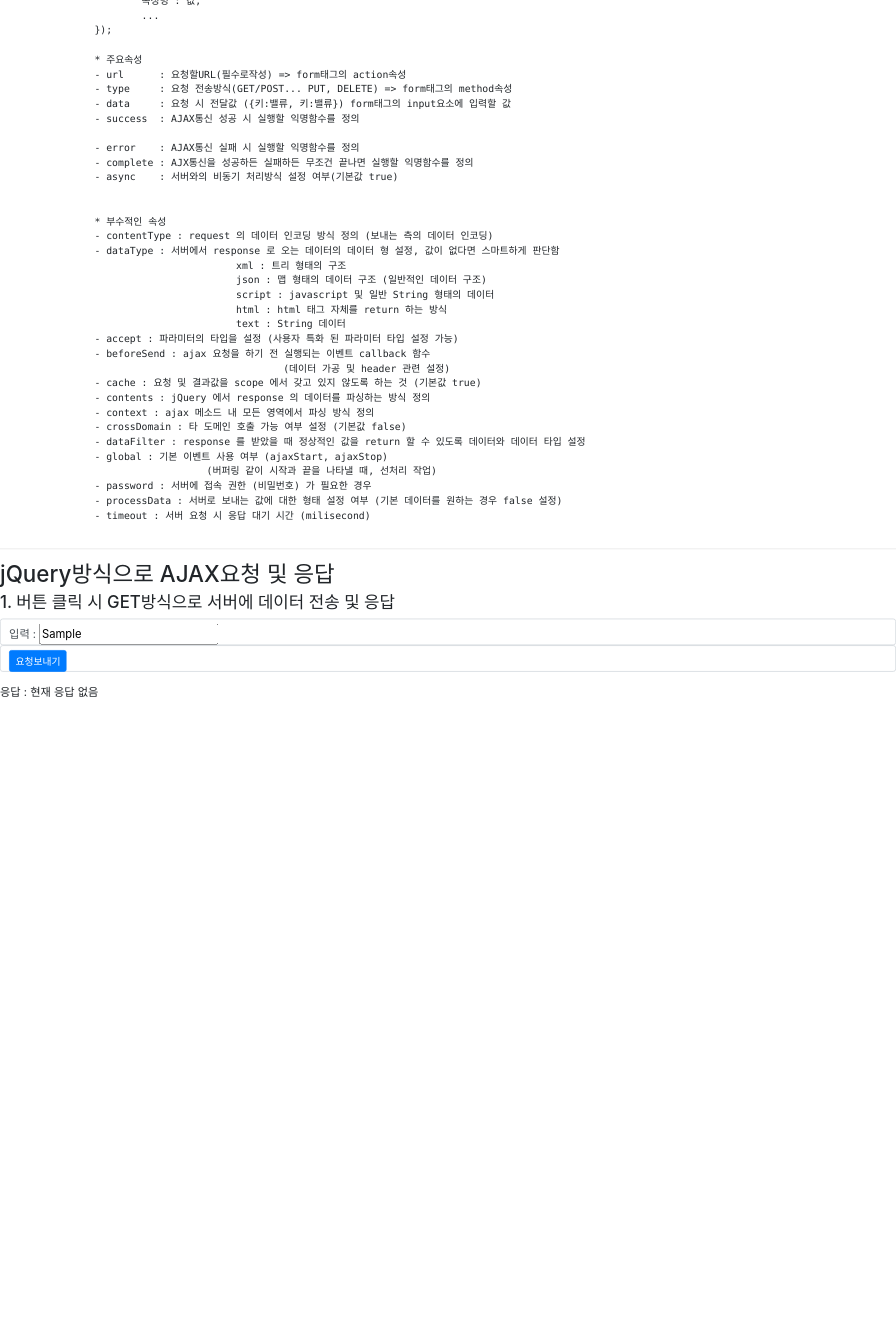
Repository: Hyunbin1111/practice
Page: http://localhost/MyBatisProject/study
The author's editor kept a copy of each file at every save. The page is drawn from the files as they stood at one save, then again after the next save.
The browser window is 1280 px wide. The pictures show the part of the page from y = 774 to 2694 px (the page is 2694 px tall), at 70% of full size.
Empty fields were first filled with sample values (such as "Sample", 5 or name@example.com).
After loading, the first visible `#ajax-btn` was clicked once.
The page is served by Tomcat 9. Other server files are loaded and not shown.

Above is the page before, as saved 2024-12-09 02:14:08.

### web-workspace2/MyBatisProject/src/main/webapp/WEB-INF/views/ajax/study.jsp
<%@ page language="java" contentType="text/html; charset=UTF-8"
    pageEncoding="UTF-8"%>
<%@ taglib prefix="c" uri="http://java.sun.com/jstl/core" %>

<!DOCTYPE html>
<html>
<head>
<meta charset="UTF-8">
<title>Insert title here</title>
</head>
<body>
  <script src="https://ajax.googleapis.com/ajax/libs/jquery/3.7.1/jquery.min.js"></script>
  <link rel="stylesheet" href="https://cdn.jsdelivr.net/npm/bootstrap@4.6.2/dist/css/bootstrap.min.css">
  <script src="https://cdn.jsdelivr.net/npm/popper.js@1.16.1/dist/umd/popper.min.js"></script>
  <script src="https://cdn.jsdelivr.net/npm/bootstrap@4.6.2/dist/js/bootstrap.bundle.min.js"></script>

	<h1>AJAX</h1>

	<pre>
		A : Asynchronous
		J : Javascript
		A : AND
		X : XML

		서버로부터 데이터를 가져와서 전체페이지를 다시 만들지 않고,
		일부만 로드해서 내용물만 바꿀 수 있는 기법

		참고로, 우리가 기존에 a태그를 이용해서 요청 / form태그를 이요한 요청은 동기식 요청
		=> 응답페이지가 돌아와야만 그 결과를 볼 수 있음 (== 페이지를 다시만듬)

		비동기식 요청을 보내기 위해서는 AJAX라는 기술이 필요함!

		* 동기식 / 비동기식 요청 차이
		- 동기식 : 요청 처리 후 응답 HTML데이터를 받아 화면에 렌더링 한 뒤에만 작업이 가능
				 만약 서버에서 응답페이지를 돌려주는 시간이 지연되면 무작정 기다려야 함
				 전체 화면이 리로드됨(새로고침, 페이지가 기본적으로 한 번 깜빡 거리면서 넘어감)

		- 비동기식 : 현재 페이지는 그대로 유지하면서 중간중간 추가적인 요청을 보낼 수 있음
				  요청을 보낸다고 해서 다른 페이지로 넘어가지 않음(현재 페이지가 그대로 유지)
				  요청을 보내놓고 그에 해당하는 응답이 돌아올때까지 다른 작업을 할 수 있음

		예) 아이디 중복체크 기능, 검색어 자동완성, 댓글



	</pre>

	<pre>
		* jQuery를 이용한 AJAX통신

		[ 표현법 ]
		$.ajax({
			속성명 : 값,
			속성명 : 값,
			속성명 : 값,
			...
		});

		* 주요속성
		- url	   : 요청할URL(필수로작성) => form태그의 action속성
		- type	   : 요청 전송방식(GET/POST... PUT, DELETE) => form태그의 method속성
		- data	   : 요청 시 전달값 ({키:밸류, 키:밸류}) form태그의 input요소에 입력할 값
		- success  : AJAX통신 성공 시 실행할 익명함수를 정의

		- error	   : AJAX통신 실패 시 실행할 익명함수를 정의
		- complete : AJX통신을 성공하든 실패하든 무조건 끝나면 실행할 익명함수를 정의
		- async    : 서버와의 비동기 처리방식 설정 여부(기본값 true)


		* 부수적인 속성
		- contentType : request 의 데이터 인코딩 방식 정의 (보내는 측의 데이터 인코딩)
		- dataType : 서버에서 response 로 오는 데이터의 데이터 형 설정, 값이 없다면 스마트하게 판단함
					xml : 트리 형태의 구조
					json : 맵 형태의 데이터 구조 (일반적인 데이터 구조)
					script : javascript 및 일반 String 형태의 데이터
					html : html 태그 자체를 return 하는 방식
					text : String 데이터
		- accept : 파라미터의 타입을 설정 (사용자 특화 된 파라미터 타입 설정 가능)
		- beforeSend : ajax 요청을 하기 전 실행되는 이벤트 callback 함수
		 				(데이터 가공 및 header 관련 설정)
		- cache : 요청 및 결과값을 scope 에서 갖고 있지 않도록 하는 것 (기본값 true)
		- contents : jQuery 에서 response 의 데이터를 파싱하는 방식 정의
		- context : ajax 메소드 내 모든 영역에서 파싱 방식 정의
		- crossDomain : 타 도메인 호출 가능 여부 설정 (기본값 false)
		- dataFilter : response 를 받았을 때 정상적인 값을 return 할 수 있도록 데이터와 데이터 타입 설정
		- global : 기본 이벤트 사용 여부 (ajaxStart, ajaxStop)
				   (버퍼링 같이 시작과 끝을 나타낼 때, 선처리 작업)
		- password : 서버에 접속 권한 (비밀번호) 가 필요한 경우
		- processData : 서버로 보내는 값에 대한 형태 설정 여부 (기본 데이터를 원하는 경우 false 설정)
		- timeout : 서버 요청 시 응답 대기 시간 (milisecond)
	</pre>



	<hr>

	<h2>jQuery방식으로 AJAX요청 및 응답</h2>
	<h4>1. 버튼 클릭 시 GET방식으로 서버에 데이터 전송 및 응답</h3>

	<div class="form-group">
		<div class="form-control">
			입력 : <input type="text" id="input1">
		</div>
		<div class="form-control">
			<button class="btn btn-sm btn-primary" id="ajax-btn">요청보내기</button>
		</div>
	</div>

	응답 : <label id="output1">현재 응답 없음</label>

	<script>
		// 버튼을 클릭하면
		$('#ajax-btn').click(function(){

			// 동기식 요청 : loaction.href = '요청URL?쿼리스트링';

			// 비동기식 요청
			$.ajax({
				url : 'ajax1.do',
				type : 'get',
				data : {
					value : $('#input1').val()
				},
				success : function(result){
					console.log('AJAX요청 성공 :');
					console.log(result);
				},
				error : function(){
					console.log('AJAX요청 실패 :');
				},
				complete : function(){
				}

			});



		});
	</script>



<br><br><br><br><br><br><br><br><br><br><br><br><br><br><br><br><br><br><br><br><br><br><br><br><br><br><br><br><br><br><br><br><br><br><br><br><br><br><br>
</body>
</html>

### web-workspace2/MyBatisProject/src/main/java/com/kh/ssuper/ajax/StudyForwardController.java
package com.kh.ssuper.ajax;

import java.io.IOException;
import javax.servlet.ServletException;
import javax.servlet.annotation.WebServlet;
import javax.servlet.http.HttpServlet;
import javax.servlet.http.HttpServletRequest;
import javax.servlet.http.HttpServletResponse;

@WebServlet("/study")
public class StudyForwardController extends HttpServlet {
	private static final long serialVersionUID = 1L;

    public StudyForwardController() {
        super();
    }

	protected void doGet(HttpServletRequest request, HttpServletResponse response) throws ServletException, IOException {

		request.getRequestDispatcher("/WEB-INF/views/ajax/study.jsp")
			   .forward(request, response);


	}

	protected void doPost(HttpServletRequest request, HttpServletResponse response) throws ServletException, IOException {
		doGet(request, response);
	}

}

### web-workspace2/MyBatisProject/src/main/java/com/kh/ssuper/ajax/AjaxController1.java
package com.kh.ssuper.ajax;

import java.io.IOException;
import javax.servlet.ServletException;
import javax.servlet.annotation.WebServlet;
import javax.servlet.http.HttpServlet;
import javax.servlet.http.HttpServletRequest;
import javax.servlet.http.HttpServletResponse;

@WebServlet("/ajax1.do")
public class AjaxController1 extends HttpServlet {
	private static final long serialVersionUID = 1L;

    public AjaxController1() {
        super();
    }

	protected void doGet(HttpServletRequest request, HttpServletResponse response) throws ServletException, IOException {

		//System.out.println("doGet메소드 호출");

		// 요청 오는거 확인했으니 값 뽑기
		// request.getParameter()
		String str = request.getParameter("value");
		System.out.println("요청 시 전달 값 : " + str);

		// 응답
		String responseData = "AJAX 요청처리를 성공했습니다.";

		// 1) 응답데이터 정보 설정 ****** 이거 까먹지말고 꼭 할것
		response.setContentType("text/html; charset=UTF-8");

		// 2) 응답
		response.getWriter().print(responseData);

	}

	protected void doPost(HttpServletRequest request, HttpServletResponse response) throws ServletException, IOException {
		doGet(request, response);
	}

}

After the next save:
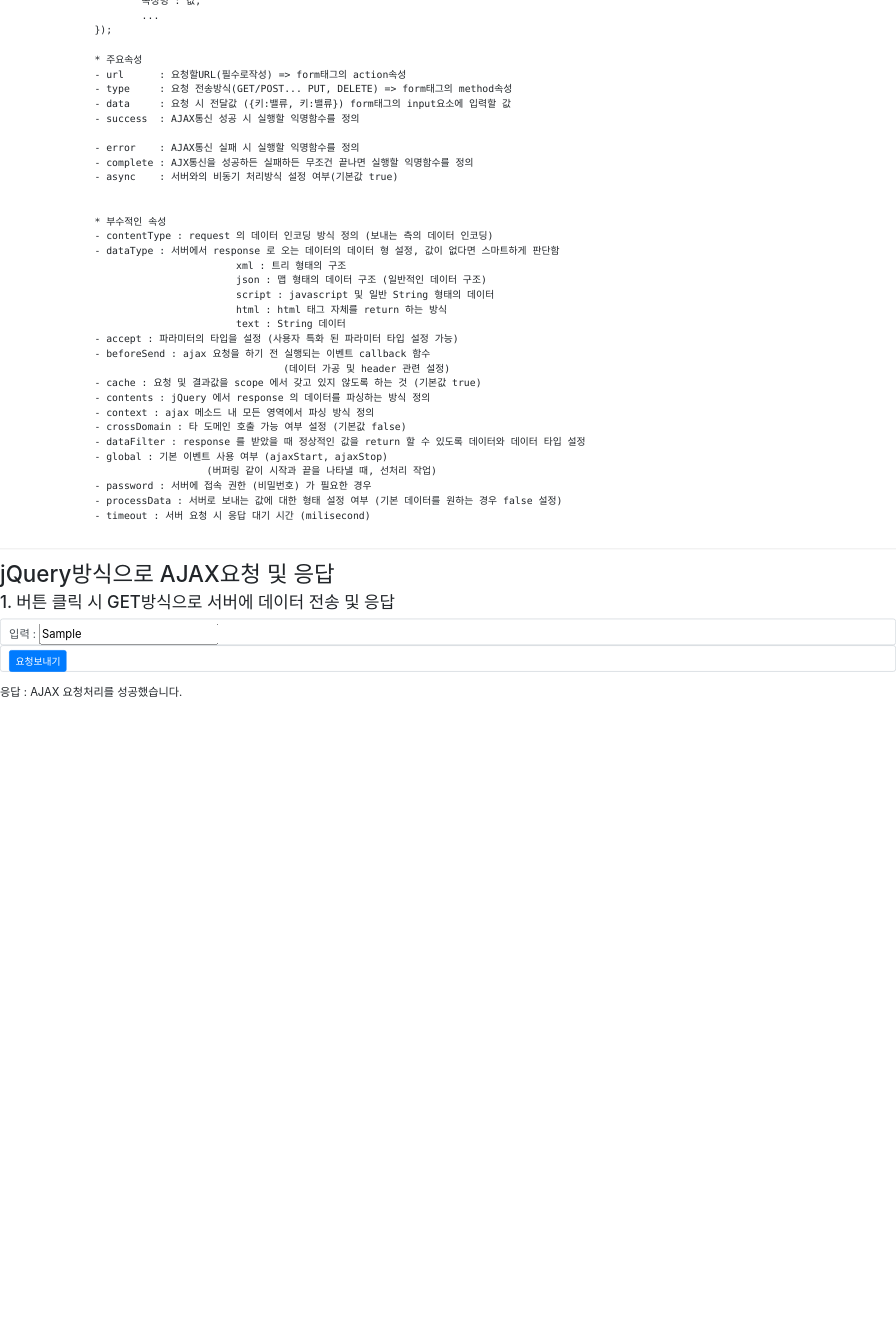
Saved 98 s later.
--- a/web-workspace2/MyBatisProject/src/main/webapp/WEB-INF/views/ajax/study.jsp
+++ b/web-workspace2/MyBatisProject/src/main/webapp/WEB-INF/views/ajax/study.jsp
@@ -123,7 +123,7 @@
 				},
 				success : function(result){
 					console.log('AJAX요청 성공 :');
-					console.log(result);
+					$("#output1").text(result);
 				},
 				error : function(){
 					console.log('AJAX요청 실패 :');
